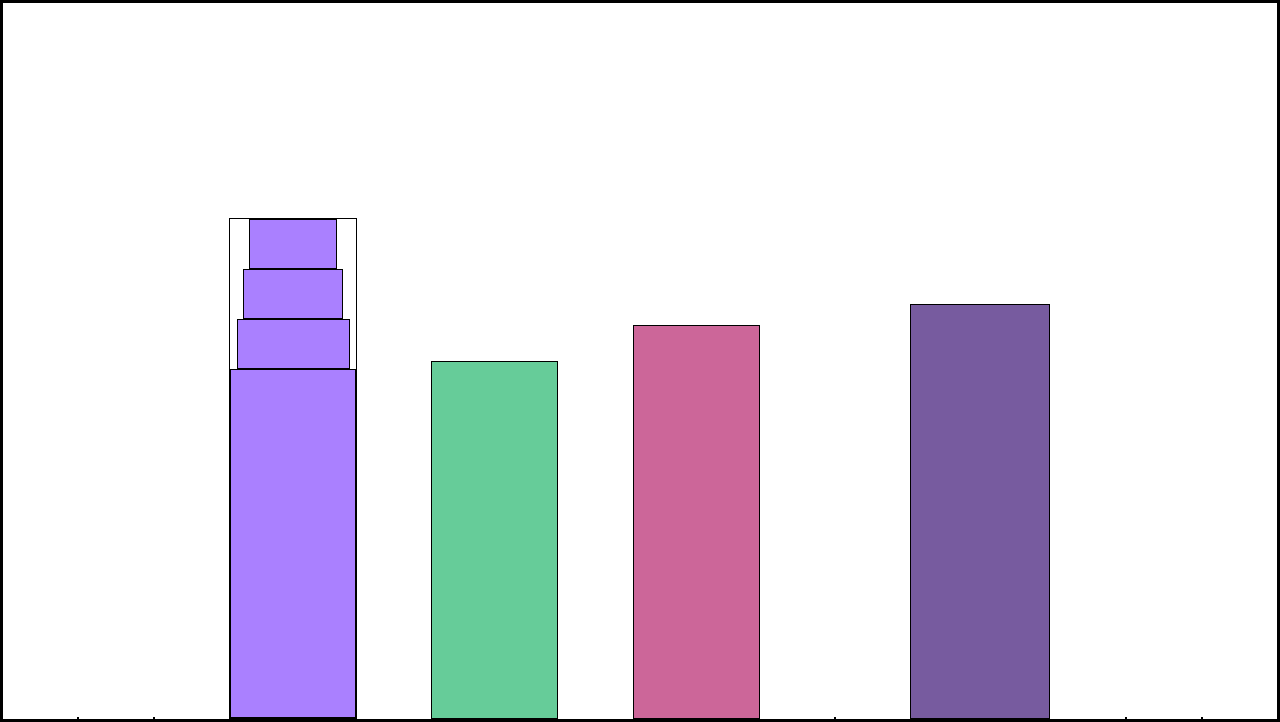
Repository: Lungdjos/city_skyline
Page: index.html
The author's editor kept a copy of each file at every save. The page is drawn from the files as they stood at one save, then again after the next save.
The browser window is 1280 px wide. The pictures show the whole page.

Above is the page before, as saved 2023-12-11 10:57:20.

### index.html
<!DOCTYPE html>
<html lang="en">

<head>
    <meta charset="UTF-8">
    <meta name="viewport" content="width=device-width, initial-scale=1.0">
    <title>City Skyline</title>
    <link href="styles.css" rel="stylesheet" />
</head>

<body>
    <div class="background-buildings">
        <div></div>
        <div></div>
        <div class="bb1">
            <div class="bb1a"></div>
            <div class="bb1b"></div>
            <div class="bb1c"></div>
            <div class="bb1d"></div>
        </div>
        <div class="bb2"></div>
        <div class="bb3"></div>
        <div></div>
        <div class="bb4"></div>
        <div></div>
        <div></div>
    </div>
</body>

</html>

### styles.css
:root {
    --building-color1: #aa80ff;
    --building-color2: #66cc99;
    --building-color3: #cc6699;
    --building-color4: #538c;
}

* {
    border: 1px solid black;
    box-sizing: border-box;
}

body {
    height: 100vh;
    margin: 0;
    overflow: hidden;
}

.background-buildings {
    width: 100%;
    height: 100%;
    display: flex;
    justify-content: space-evenly;
    align-items: flex-end;
}

.bb1 {
    width: 10%;
    height: 70%;
    display: flex;
    flex-direction: column;
    align-items: center;
}

.bb1a {
    width: 70%;
    height: 10%;
    background-color: var(--building-color1);
}

.bb1b {
    width: 80%;
    height: 10%;
    background-color: var(--building-color1);
}

.bb1c {
    width: 90%;
    height: 10%;
    background-color: var(--building-color1);
}

.bb1d {
    width: 100%;
    height: 70%;
    background-color: var(--building-color1);
}

.bb2 {
    height: 50%;
    width: 10%;
    background-color: var(--building-color2);
}

.bb3 {
    width: 10%;
    height: 55%;
    background-color: var(--building-color3);
}

.bb4 {
    height: 58%;
    width: 11%;
    background-color: var(--building-color4);
}

After the next save:
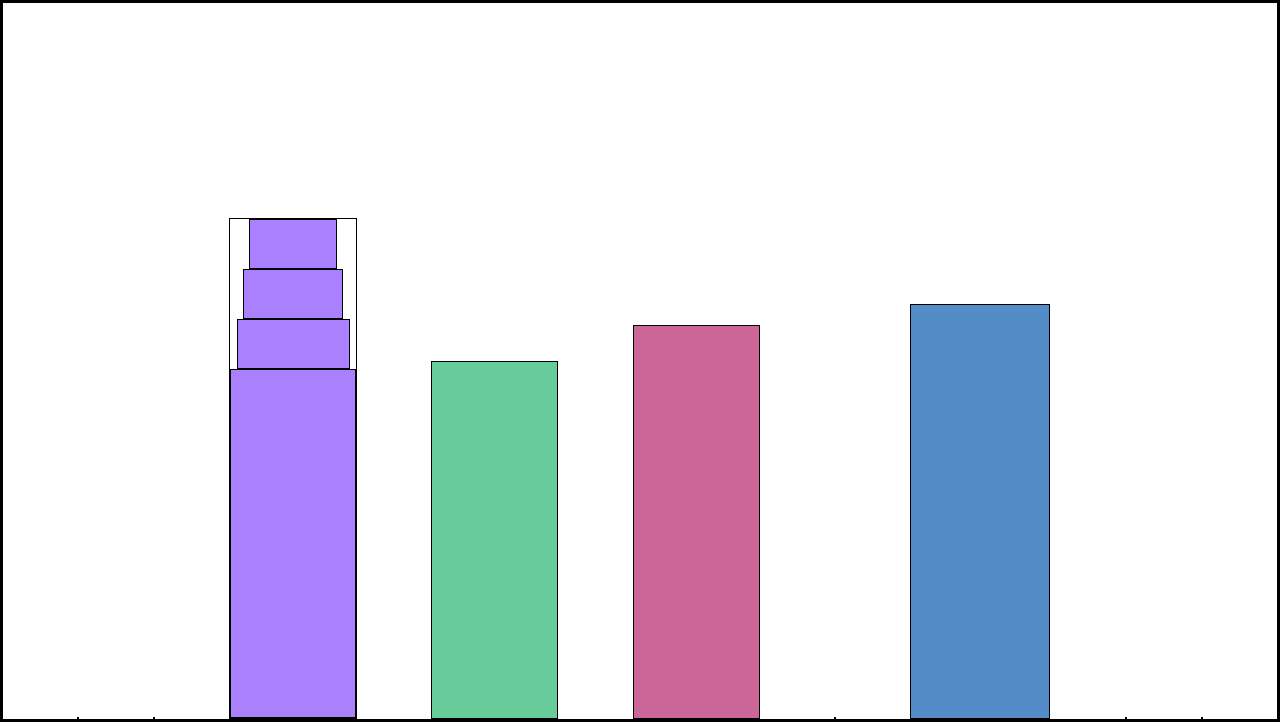
Saved 12 s later.
--- a/styles.css
+++ b/styles.css
@@ -2,7 +2,7 @@
     --building-color1: #aa80ff;
     --building-color2: #66cc99;
     --building-color3: #cc6699;
-    --building-color4: #538c;
+    --building-color4: #538cc6;
 }
 
 * {
